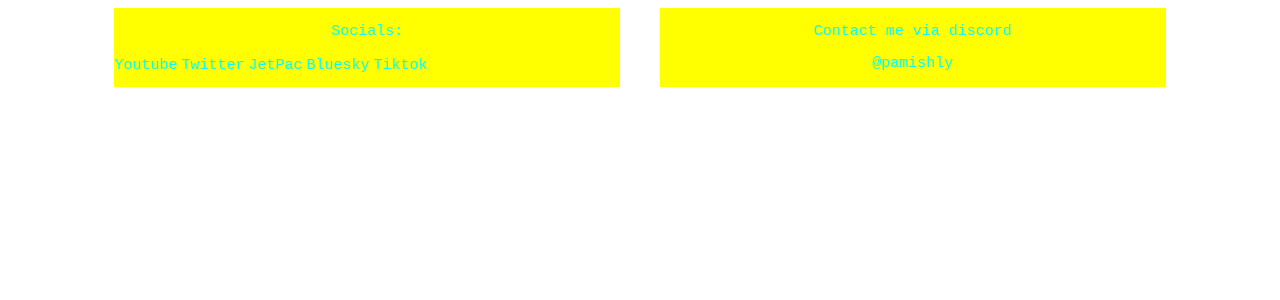
Repository: Pamishly/resources
Page: footer.html
The author's editor kept a copy of each file at every save. The page is drawn from the files as they stood at one save, then again after the next save.
The browser window is 1280 px wide. The pictures show the whole page.

Above is the page before, as saved 2025-01-26 01:19:23.

After the next save:
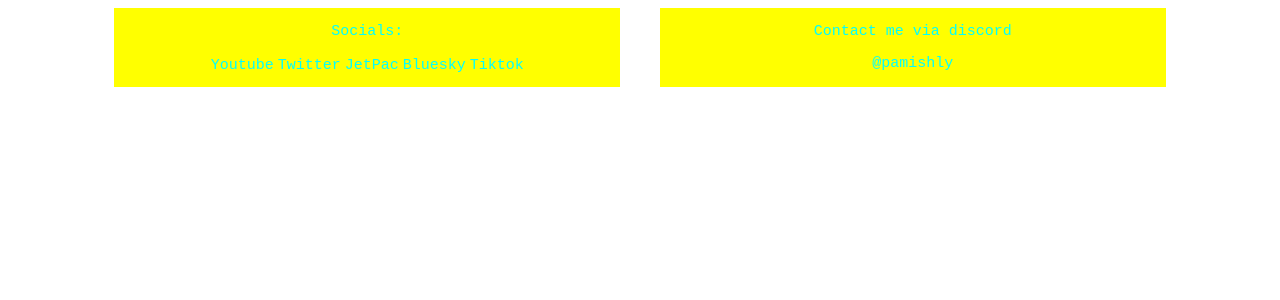
Saved 9 s later.
--- a/footer.html
+++ b/footer.html
@@ -33,6 +33,6 @@
     #social {
         background: yellow;
         width: 40%;
-        justify-content: center;
+        justify-items: center;
     }
 </style>
